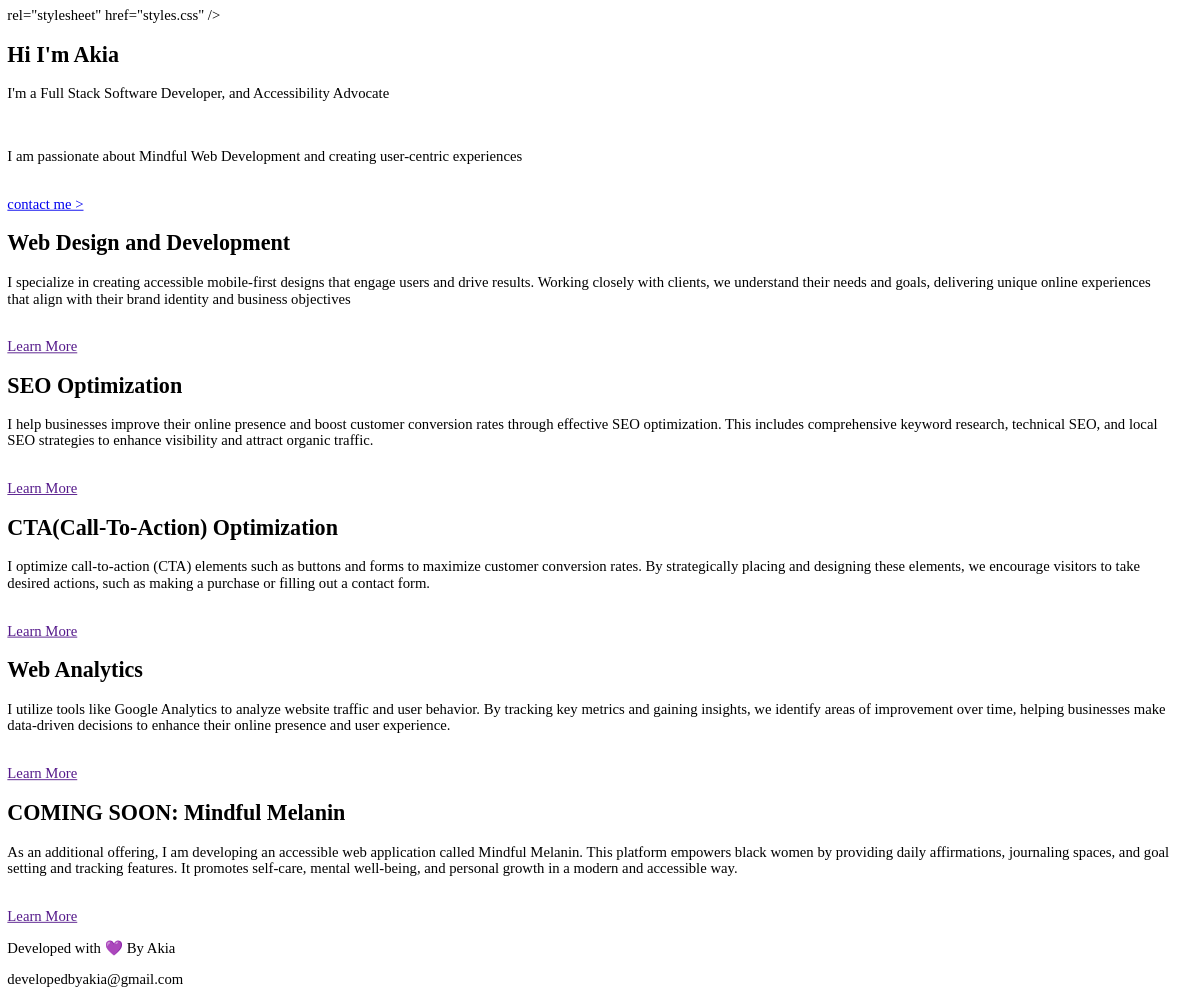
Repository: akiachenise/akiachenise.github.io
Page: index.html
An editor plug-in stored every save of this project. The page is shown before and after the next save, followed by the edit.
The browser window is 1280 px wide. The pictures show the whole page, at 92% of full size.

Above is the page before, as saved 2023-06-08 14:46:11.

After the next save:
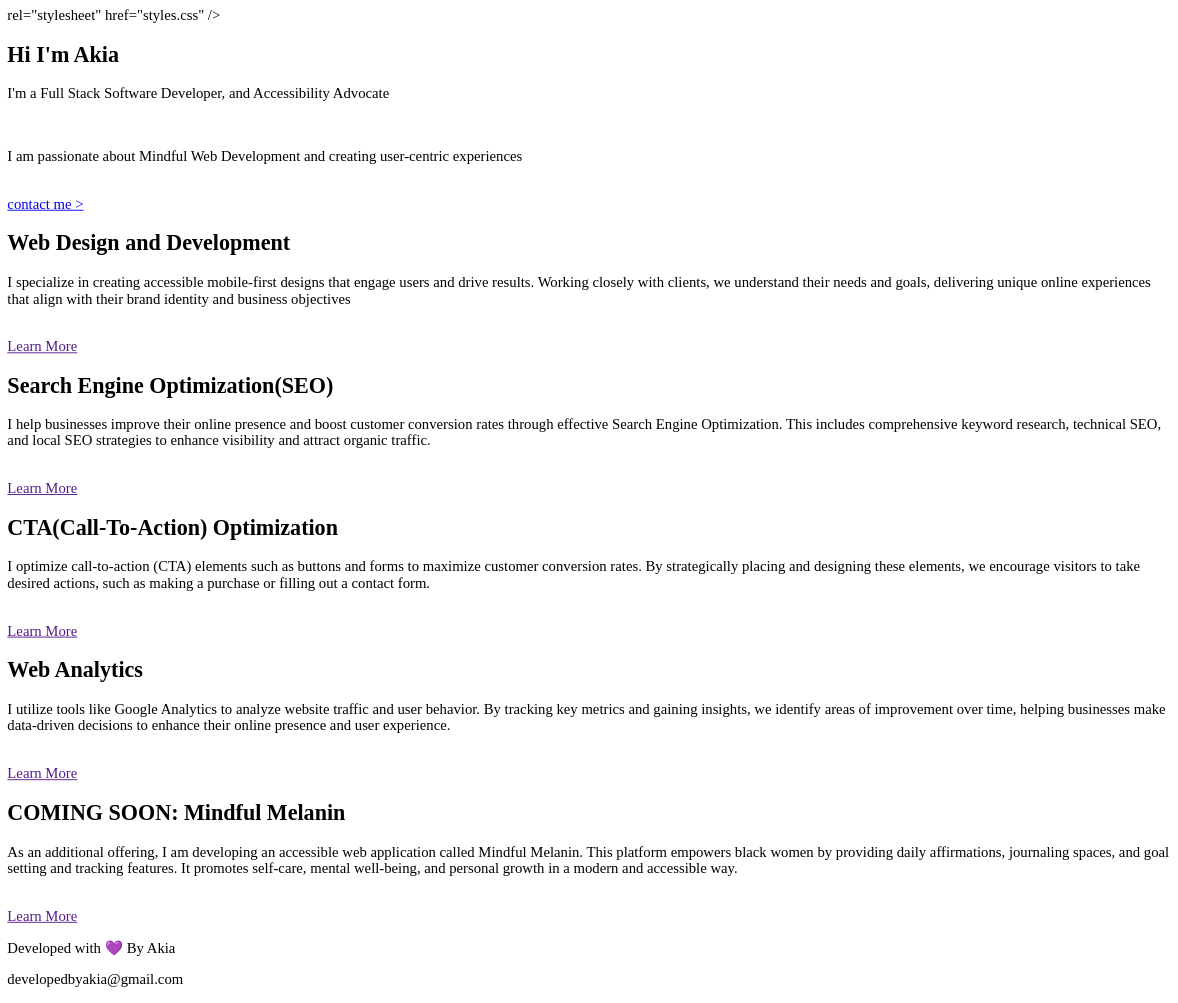
Saved 2 h 48 min later.
--- a/index.html
+++ b/index.html
@@ -27,28 +27,35 @@
 
         </section>
     <section class="sub-section">
-        <div class="square">
+        <div class="square" id="web-design">
             <h2>Web Design and Development</h2>
             <p>I specialize in creating accessible mobile-first designs that engage users and drive results. Working closely with clients, we understand their needs and goals, delivering unique online experiences that align with their brand identity and business objectives</p>
             </br>
             <a href="">Learn More</a>
-            <h2>SEO Optimization</h2>
-            <p>I help businesses improve their online presence and boost customer conversion rates through effective SEO optimization. This includes comprehensive keyword research, technical SEO, and local SEO strategies to enhance visibility and attract organic traffic.</p>
+        </div>
+        <div class="square" id="search-engine">
+            <h2>Search Engine Optimization(SEO)</h2>
+            <p>I help businesses improve their online presence and boost customer conversion rates through effective Search Engine Optimization. This includes comprehensive keyword research, technical SEO, and local SEO strategies to enhance visibility and attract organic traffic.</p>
             </br>
             <a href="">Learn More</a>
+        </div>
+        <div class="square" id="call-to-action">
             <h2>CTA(Call-To-Action) Optimization</h2>
             <p>I optimize call-to-action (CTA) elements such as buttons and forms to maximize customer conversion rates. By strategically placing and designing these elements, we encourage visitors to take desired actions, such as making a purchase or filling out a contact form.</p>
             </br>
             <a href="">Learn More</a>
+        </div>
+        <div class="square" id="web-analytics">
             <h2>Web Analytics</h2>
             <p>I utilize tools like Google Analytics to analyze website traffic and user behavior. By tracking key metrics and gaining insights, we identify areas of improvement over time, helping businesses make data-driven decisions to enhance their online presence and user experience.</p>
             </br>
             <a href="">Learn More</a>
+        </div>
+        <div class="square" id="coming-soon"></div>
             <h2>COMING SOON: Mindful Melanin</h2>
             <p>As an additional offering, I am developing an accessible web application called Mindful Melanin. This platform empowers black women by providing daily affirmations, journaling spaces, and goal setting and tracking features. It promotes self-care, mental well-being, and personal growth in a modern and accessible way.</p>
             </br>
             <a href="">Learn More</a>
-
         </div>
     </section>
 
